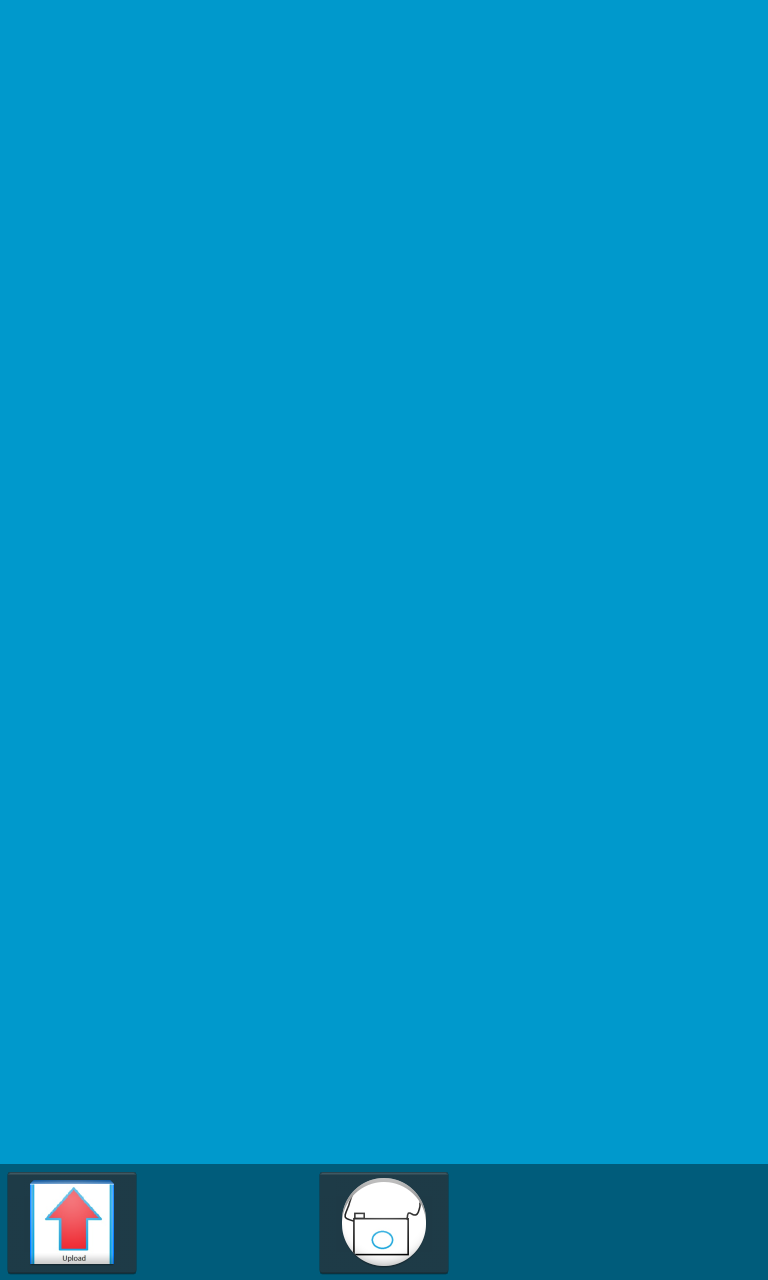
Repository: Cageifymecapn/thecagecode
Layout: CAGE/CAGE/res/layout/main.xml
The author's editor kept a copy of each file at every save. The layout is drawn from the files as they stood at one save, then again after the next save.
It is drawn on a 768 x 1280 px phone screen (xhdpi) without system bars, with theme android:Theme.Holo; the app's code is not run.

Above is the layout before, as saved 2013-12-03 17:57:19.

After the next save:
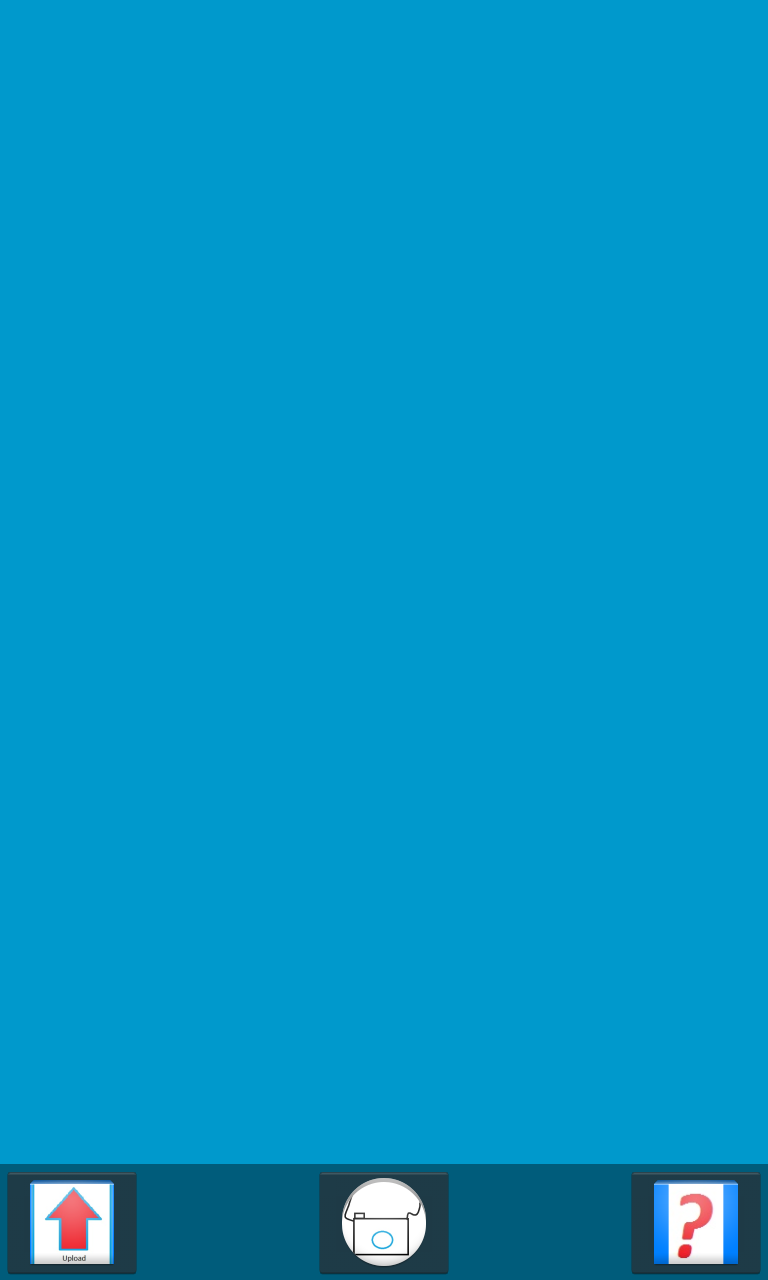
Saved 4 s later.
--- a/CAGE/CAGE/res/layout/main.xml
+++ b/CAGE/CAGE/res/layout/main.xml
@@ -38,6 +38,14 @@
             android:contentDescription="@string/uploadupload"
             android:src="@drawable/upload" />
 
+        <ImageButton
+            android:id="@+id/imageButton3"
+            android:layout_column="0"
+            android:layout_gravity="right|top"
+            android:layout_row="4"
+            android:contentDescription="@string/info"
+            android:src="@drawable/info" />
+
     </GridLayout>
 
 </FrameLayout>
